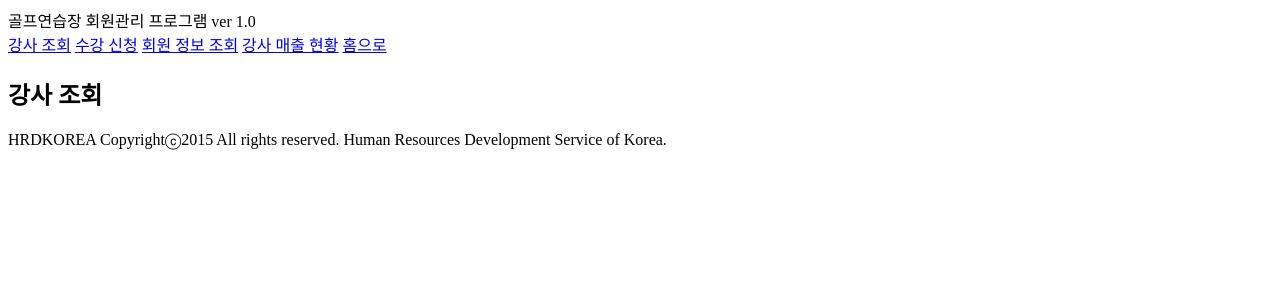
Repository: wwwxsv19/HRDkorea
Page: http://localhost/golf/list.jsp
These files come from the project's save history. The page is drawn as it stood at one moment and after the next save; the edit follows.
The browser window is 1280 px wide. The pictures show the whole page.
The page is served by Tomcat 9.

Above is the page before, as saved 2024-06-25 07:43:29.

### golf/golf/src/main/webapp/list.jsp
<%@ include file="db.jsp" %>
<%@ page language="java" contentType="text/html; charset=UTF-8"
    pageEncoding="UTF-8"%>
<!DOCTYPE html>
<html>
<head>
	<meta charset="UTF-8">
	<title>list</title>
	<link rel="stylesheet" href="style.css">
</head>
<body>
<script type="text/javascript" src="check.js"></script>
<jsp:include page="header.jsp"></jsp:include>
<section>
	<h1>강사 조회</h1>
</section>
<jsp:include page="footer.jsp"></jsp:include>
</body>
</html>

### golf/golf/src/main/webapp/db.jsp
<%@ page import="java.sql.*" %>
<%@ page language="java" contentType="text/html; charset=UTF-8"
    pageEncoding="UTF-8"%>
<%

Class.forName("oracle.jdbc.OracleDriver");
Connection conn = DriverManager.getConnection(
		"jdbc:oracle:thin:@//localhost:1521/xe", "system", "1234");

%>

### golf/golf/src/main/webapp/header.jsp
<%@ include file="db.jsp" %>
<%@ page language="java" contentType="text/html; charset=UTF-8"
    pageEncoding="UTF-8"%>
<!DOCTYPE html>
<html>
<head>
	<meta charset="UTF-8">
</head>
<body>
<header>골프연습장 회원관리 프로그램 ver 1.0</header>
<nav>
	<a href="list.jsp">강사 조회</a>
	<a href="insert.jsp">수강 신청</a>
	<a href="info.jsp">회원 정보 조회</a>
	<a href="money.jsp">강사 매출 현황</a>
	<a href="index.jsp">홈으로</a>
</nav>
</body>
</html>

### golf/golf/src/main/webapp/footer.jsp
<%@ include file="db.jsp" %>
<%@ page language="java" contentType="text/html; charset=UTF-8"
    pageEncoding="UTF-8"%>
<!DOCTYPE html>
<html>
<head>
	<meta charset="UTF-8">
</head>
<body>
<footer>HRDKOREA Copyrightⓒ2015 All rights reserved. Human Resources Development Service of Korea.</footer>
</body>
</html>

Loaded but not shown: golf/golf/src/main/webapp/check.js (no copy from this time; the picture is the same without it); golf/golf/src/main/webapp/style.css (no copy from this time; the picture is the same without it)

After the next save:
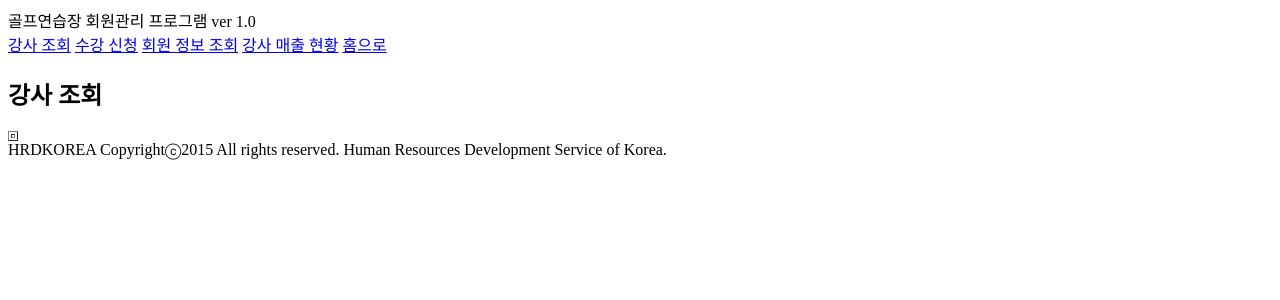
Saved 20 s later.
--- a/golf/golf/src/main/webapp/list.jsp
+++ b/golf/golf/src/main/webapp/list.jsp
@@ -13,6 +13,11 @@
 <jsp:include page="header.jsp"></jsp:include>
 <section>
 	<h1>강사 조회</h1>
+	<table border=1>
+		<tr>
+			<td></td>
+		</tr>
+	</table>
 </section>
 <jsp:include page="footer.jsp"></jsp:include>
 </body>
